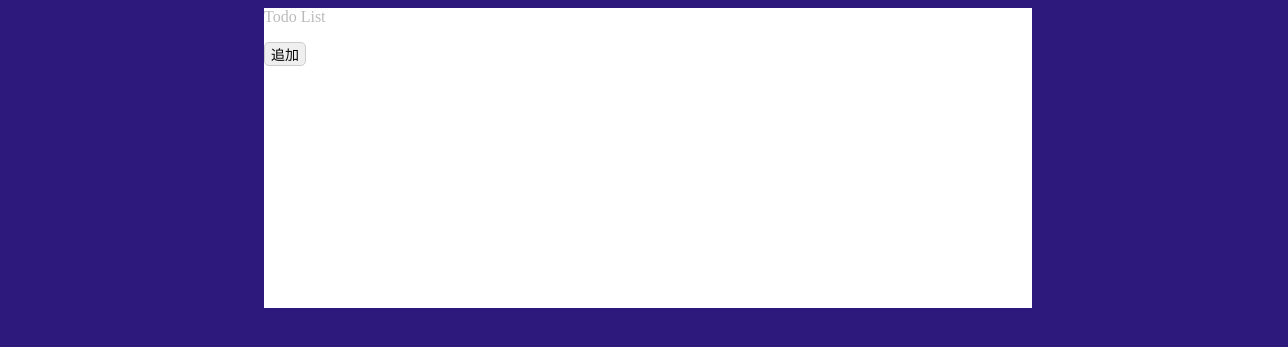
Repository: oninopantsu/20210529onoma
Page: http://localhost/todo/update
These files come from the project's save history. The page is drawn as it stood at one moment and after a run of saves; the edit follows.
The browser window is 1280 px wide. The page is 1288 px wide, so the pictures cover 1288 px, including what lies to the right of the window. The pictures show the whole page.
The page is served by the project's Laravel application, run on PHP 8.4 with Laravel 8. Other server files are loaded and not shown. Queries for data that is not in the repository find no rows.

Above is the page before, as saved 2021-05-31 21:56:54.

### routes/web.php
<?php

use App\Http\Controllers\TodoController;
use Illuminate\Support\Facades\Route;

/*
|--------------------------------------------------------------------------
| Web Routes
|--------------------------------------------------------------------------
|
| Here is where you can register web routes for your application. These
| routes are loaded by the RouteServiceProvider within a group which
| contains the "web" middleware group. Now create something great!
|
*/

Route::get('/',[TodoController::class,'index']);
Route::post('/todo/create',[TodoController::class,'create']);
Route::get('/todo/update',[TodoController::class,'update']);
Route::get('/todo/delete',[TodoController::class,'delete']);

### app/Http/Controllers/TodoController.php
<?php

namespace App\Http\Controllers;


use Illuminate\Http\Request;
use Illuminate\Support\Facades\DB;
use App\Models\Todos;


class TodoController extends Controller
{
    public function index(Request $request)
    {
        $items = Todos::all();
        return view('index', ['items' => $items]);
    }
    public function create(Request $request)
    {
        $this->validate($request, Todos::$rules);
        $content = new Todos;
        $form = $request->all();
        unset($form['_token_']);
        $content->fill($form)->save();

        $items = Todos::all();
        return view('index', ['items' => $items]);
    }
    public function update(Request $request)
    {
        $items = Todos::all();
        return view('index', ['items' => $items]);
    }
    public function delete(Request $request)
    {
        $items = Todos::all();
        return view('index', ['items' => $items]);
    }
}

### app/Models/Todos.php
<?php

namespace App\Models;

use Illuminate\Database\Eloquent\Factories\HasFactory;
use Illuminate\Database\Eloquent\Model;

class Todos extends Model
{
    protected $guarded = array('id');
    public static $rules = array(
        'content' => 'required'
    );

}

### resources/views/index.blade.php
<html lang="en">

<head>
  <meta charset="UTF-8">
  <meta http-equiv="X-UA-Compatible" content="IE=edge">
  <meta name="viewport" content="width=device-width, initial-scale=1.0">
  <title>20210522onoma</title>
  @extends('todo.todo')
  <style>
    body {
      background-color: #2d197c;
      width: 100%;
      position: relative;
    }

    table {
      margin: 0 auto;
      height: 300px;
      width: 60%;
      background-color: #fff;
      color: #bbb;
    }

    input {
      border-radius: 10px;
      border: 1px solid #ccc;
      font-size: 14px;
    }

    .button__add {
      border: 1px solid #dc70fa;
      color: #dc70fa;
      background-color: #fff;
      font-weight: bold;
      font-size: 12px;
      border-radius: 10px;
    }

    .button__update {
      border: 1px solid #fa9770;
      color: #fa9770;
      background-color: #fff;
      font-weight: bold;
      font-size: 12px;
      border-radius: 10px;
    }

    .button__delete {
      border: 1px solid #71fadc;
      color: #71fadc;
      background-color: #fff;
      font-weight: bold;
      font-size: 12px;
      border-radius: 10px;
    }
  </style>
</head>

<body>


  @section('content')
  <div class="todolist">
    <p>Todo List </p>
    <form action="/todo/create" method="POST">
      <input type="submit" value="追加">
      @foreach($items as $item)
      <table>
        <tr>
          <th>作成日</th>
          <th>タスク名</th>
          <th>更新</th>
          <th>削除</th>
        </tr>
        <tr>
          <td>
            <form action="update" method="post"></form>
            <input type="text" class="update" name="content">
          </td>
          <td>
            <button class="button__update">更新</button>
          </td>
          <td>
            <button class="button__delete">削除</button>
          </td>
        </tr>
      </table>
      @endforeach

  </div>
  </form>
  @endsection
</body>

</html>

### resources/views/todo/todo.blade.php
<!DOCTYPE html>
<html lang="en">

<head>
  <meta charset="UTF-8">
  <meta http-equiv="X-UA-Compatible" content="IE=edge">
  <meta name="viewport" content="width=device-width, initial-scale=1.0">
  <title>@yield('title')</title>
  <style>
    body {
      background-color: #2d197c;
      width: 100%;
    }

    .todolist {
      margin: 0 auto;
      height: 300px;
      width: 60%;
      background-color: #fff;
      color: #bbb;
    }

    input {
      border-radius: 5px;
      border: 1px solid #ccc;
      font-size: 14px;
    }

    .button__add {
      border: 1px solid #dc70fa;
      color: #dc70fa;
      background-color: #fff;
      font-weight: bold;
      font-size: 12px;
      border-radius: 10px;
    }

    .button__update {
      border: 1px solid #fa9770;
      color: #fa9770;
      background-color: #fff;
      font-weight: bold;
      font-size: 12px;
      border-radius: 10px;
    }

    .button__delete {
      border: 1px solid #71fadc;
      color: #71fadc;
      background-color: #fff;
      font-weight: bold;
      font-size: 12px;
      border-radius: 10px;
    }
  </style>
</head>

<body>
  @section('todo.blade.php')

  <div class="todolist">
    <p>Todo List </p>
    <form action="/todo/create" method="POST">
      <input type="submit" value="追加">
      @foreach($items as $item)
      <table>
        <tr>
          <th>作成日</th>
          <th>タスク名</th>
          <th>更新</th>
          <th>削除</th>
        </tr>
        <tr>
          <td>
            <form action="update" method="post"></form>
            <input type="text" class="update" name="content">
          </td>
          <td>
            <button class="button__update">更新</button>
          </td>
          <td>
            <button class="button__delete">削除</button>
          </td>
        </tr>
      </table>

    </div>
    @endforeach
  </form>

</body>

</html>

Loaded but not shown: app/Http/Controllers/Controller.php (common file)

After the next 3 saves:
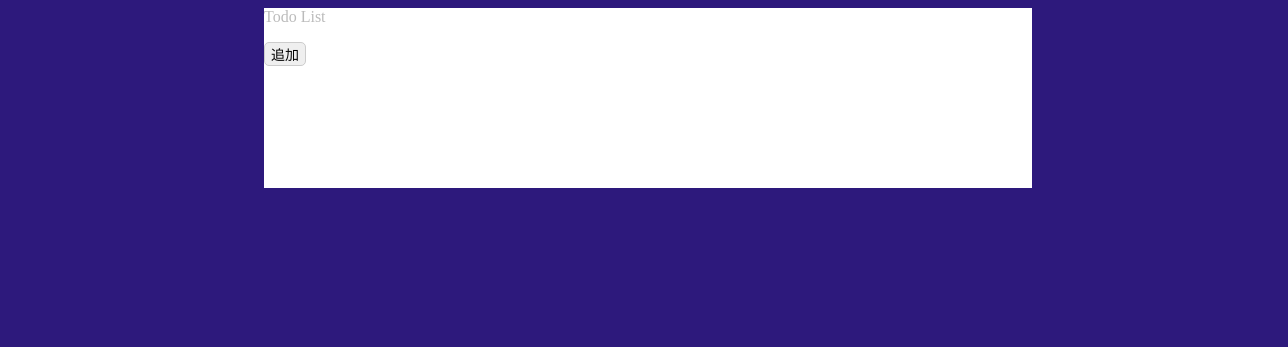
The 3 saves are shown as one change because they came seconds apart.
The last was saved 22 s later.
--- a/resources/views/todo/todo.blade.php
+++ b/resources/views/todo/todo.blade.php
@@ -14,7 +14,7 @@
 
     .todolist {
       margin: 0 auto;
-      height: 300px;
+      height: 180px;
       width: 60%;
       background-color: #fff;
       color: #bbb;
